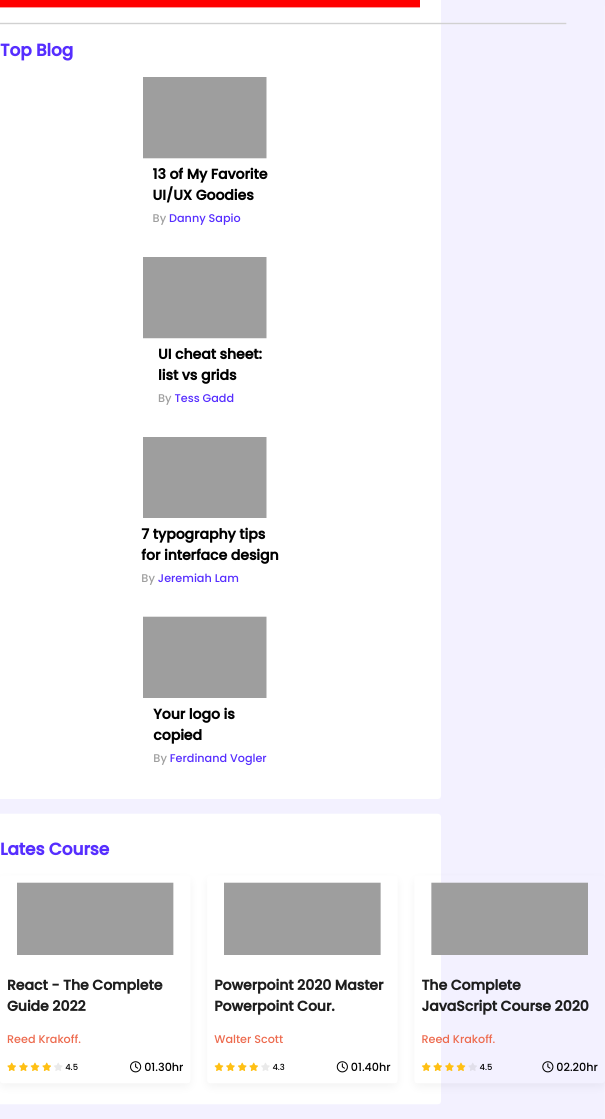
Repository: zjria/leader-board
Page: index.html
An editor plug-in stored every save of this project. The page is shown before and after the next save, followed by the edit.
The browser window is 600 px wide. The page is 864 px wide, then 809 px, so the pictures cover 864 px, including what lies to the right of the window. The pictures show the part of the page from y = 1082 to 3322 px (the page is 2680 px tall before and 3322 px after), at 70% of full size.
Pictures or frames that could not be fetched are drawn as grey boxes.

Above is the page before, as saved 2022-09-05 08:40:50.

After the next save:
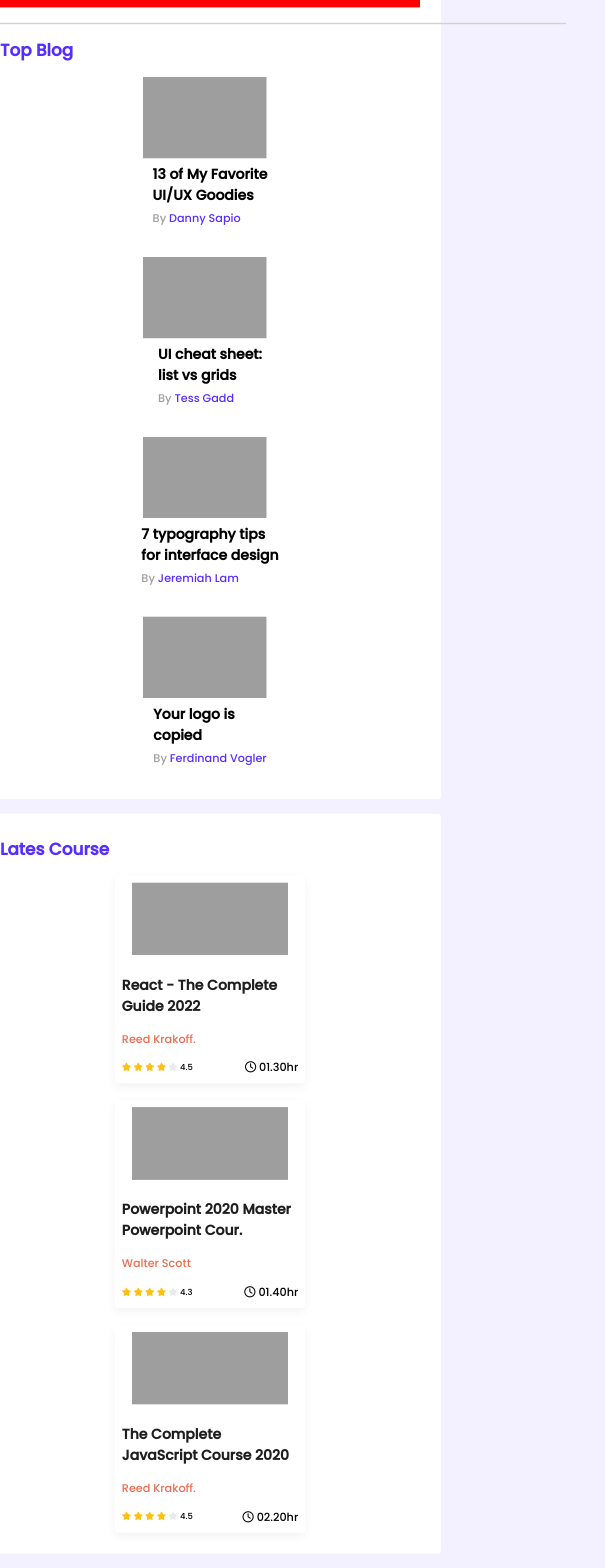
Saved 2 min 10 s later.
--- a/style/style.css
+++ b/style/style.css
@@ -202,8 +202,16 @@ Media Query
 
     }
 
-
-
-
-
-}
+    .course-all-info {
+
+        grid-template-columns: repeat(1, 1fr);
+        grid-column-gap: 24px;
+        grid-row-gap: 24px;
+        justify-items: center;
+    }
+
+
+
+
+
+}
